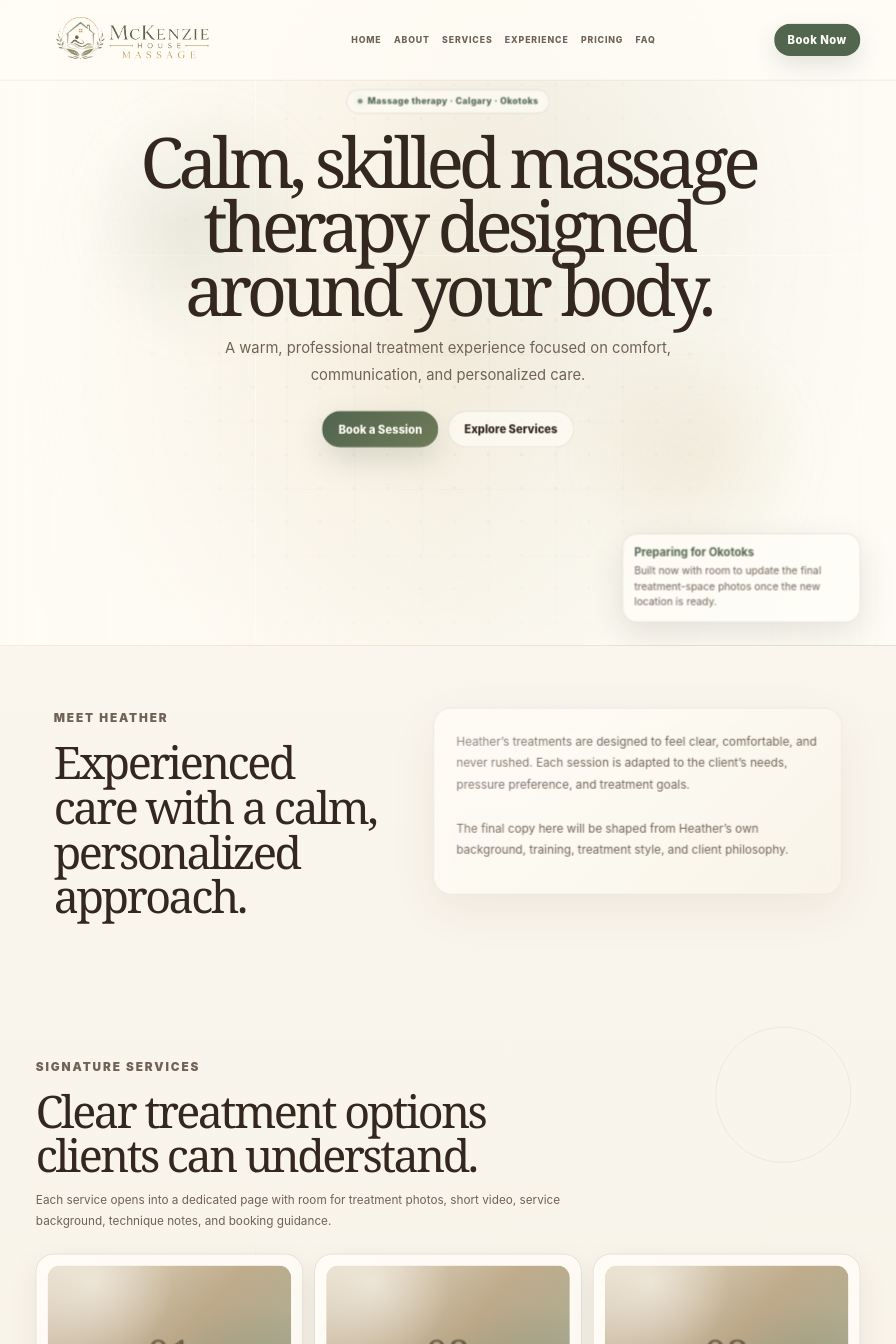
Repository: 300LBHACK3R/mckenzie-house-massage-site
Page: /
These files come from the project's save history. The page is drawn as it stood at one moment and after the next save; the edit follows.
The browser window is 1280 px wide. The pictures show the part of the page from y = 0 to 1920 px (the page is 8813 px tall), at 70% of full size.
The project was rebuilt for these pictures with package versions that can differ from the ones it lists, and the page was loaded fresh each time. The framework's server and built-in components were replaced by stand-ins that run in the browser. Also part of the build but not shown: next.config.ts.

Above is the page before, as saved 2026-07-16 11:38:23.

After the next save:
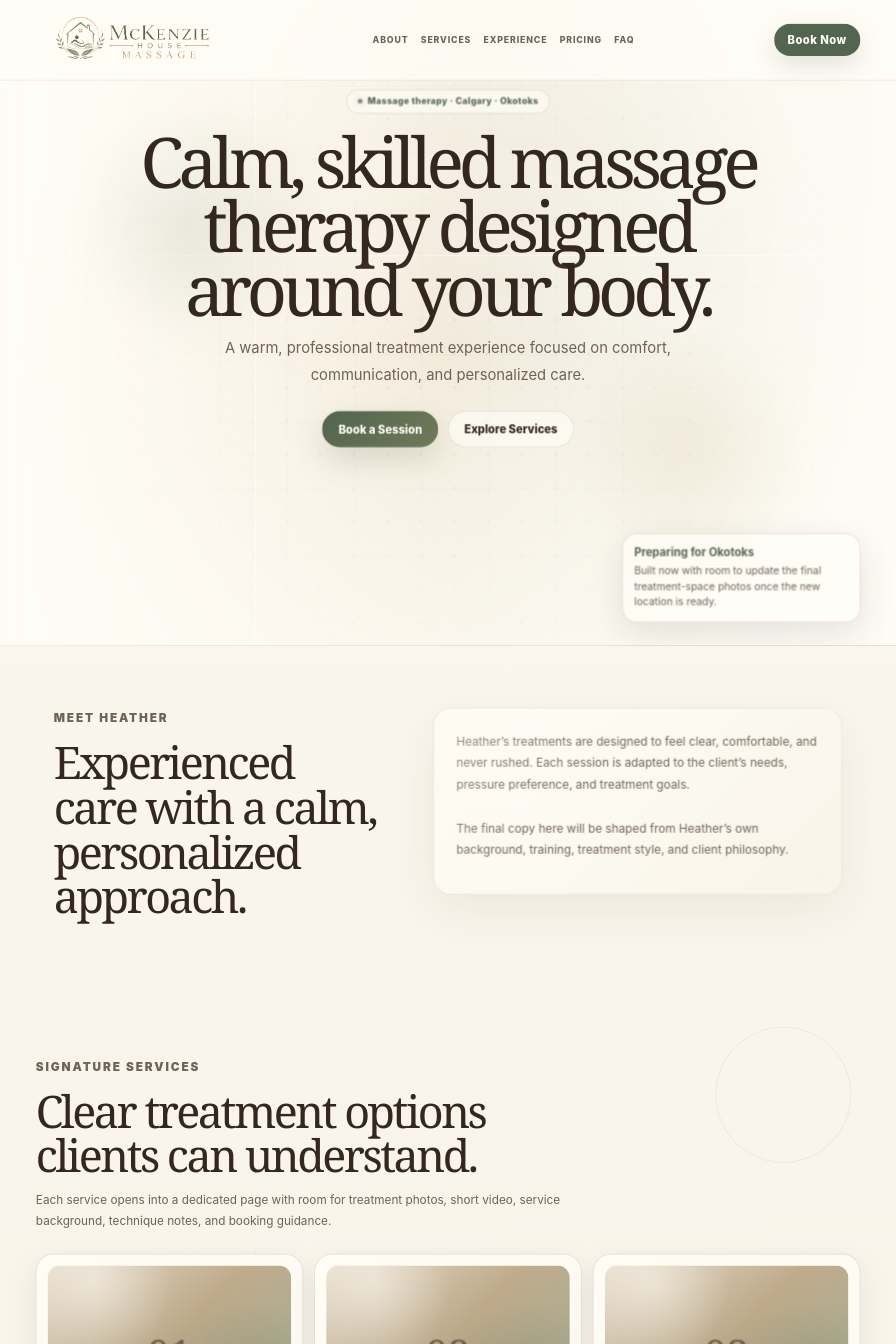
Saved 3 min 52 s later.
--- a/src/components/Header.tsx
+++ b/src/components/Header.tsx
@@ -1,13 +1,23 @@
+"use client";
+
+import { usePathname } from "next/navigation";
 import { BrandLogo } from "@/components/BrandLogo";
 import { navItems, siteConfig } from "@/lib/site";
 
 export function Header() {
+  const pathname = usePathname();
+  const isHomePage = pathname === "/";
+
+  const visibleNavItems = isHomePage
+    ? navItems.filter((item) => item.label !== "Home")
+    : navItems;
+
   return (
     <header className="site-header">
       <BrandLogo variant="header" />
 
       <nav className="nav" aria-label="Main navigation">
-        {navItems.map((item) => (
+        {visibleNavItems.map((item) => (
           <a key={item.href} href={item.href}>
             {item.label}
           </a>
